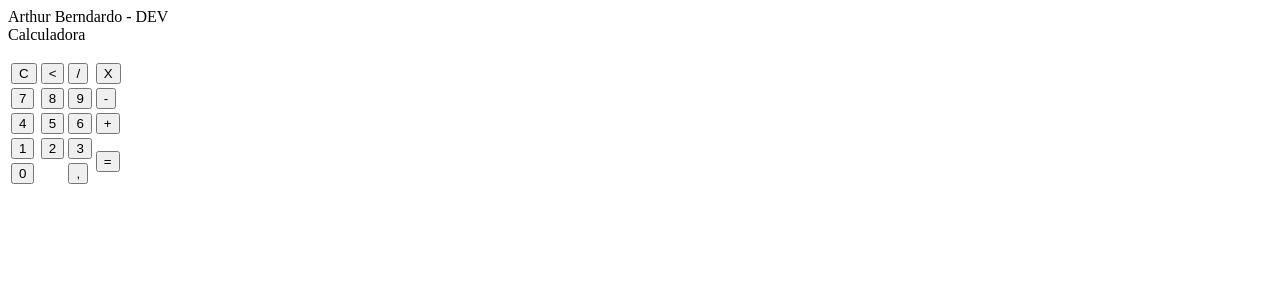
Repository: oThurDev/calculadora
Page: calculadora.html
An editor plug-in stored every save of this project. The page is shown before and after the next save, followed by the edit.
The browser window is 1280 px wide. The pictures show the whole page.

Above is the page before, as saved 2022-02-25 15:24:35.

After the next save:
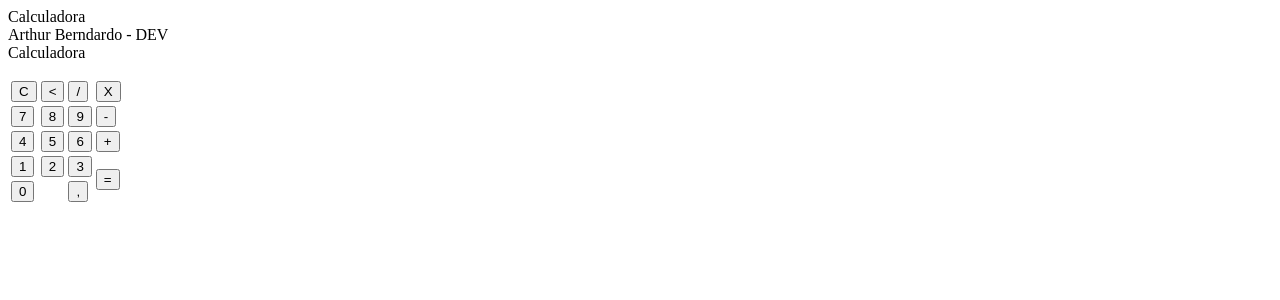
Saved 13 s later.
--- a/calculadora.html
+++ b/calculadora.html
@@ -3,6 +3,7 @@
 <head>
     <meta charset="UTF-8">
     <meta name="viewport" content="width=device-width, initial-scale=1.0">
+    <link rel="stylesheet" href="style_calculadora.css"
     <title>Calculadora</title>
 </head>
 <body>

After the save that followed:
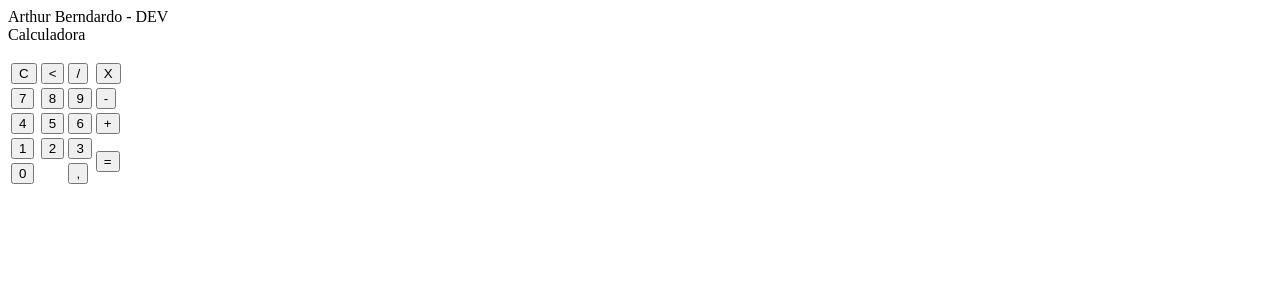
Saved 6 s later.
--- a/calculadora.html
+++ b/calculadora.html
@@ -3,7 +3,7 @@
 <head>
     <meta charset="UTF-8">
     <meta name="viewport" content="width=device-width, initial-scale=1.0">
-    <link rel="stylesheet" href="style_calculadora.css"
+    <link rel="stylesheet" href="style_calculadora.css">
     <title>Calculadora</title>
 </head>
 <body>
